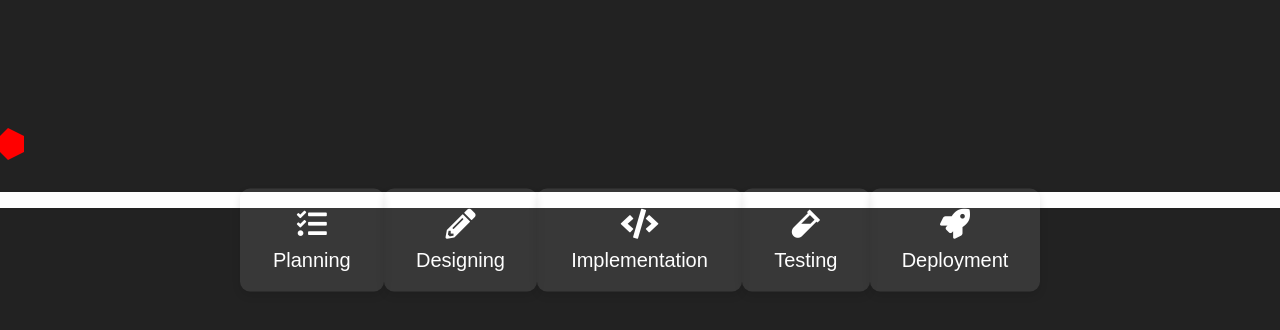
Repository: itsquadian/IT-SQUADIAN
Page: try.html
These files come from the project's save history. The page is drawn as it stood at one moment and after the next save; the edit follows.
The browser window is 1280 px wide. The pictures show the whole page.

Above is the page before, as saved 2024-04-13 20:06:45.

After the next save:
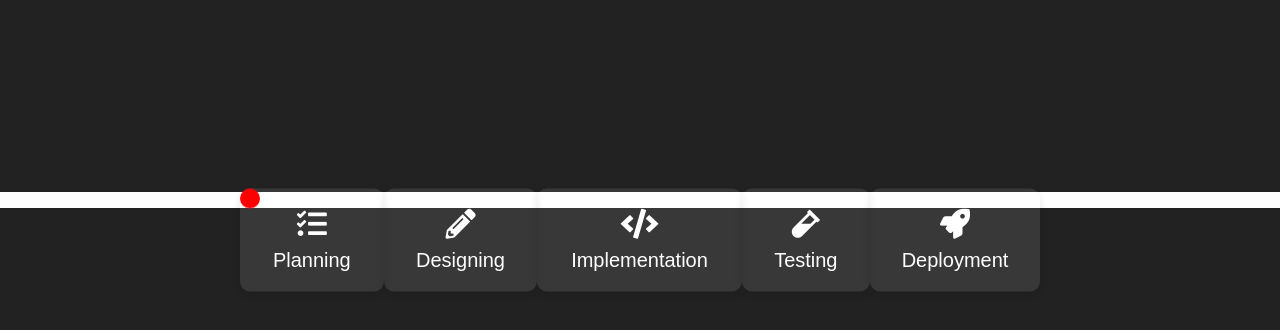
Saved 66 s later.
--- a/try.html
+++ b/try.html
@@ -35,12 +35,6 @@
         stroke-width: 10;
     }
 
-    .car {
-        fill: #f00;
-        transform-origin: center;
-        animation: moveCar 10s linear infinite;
-    }
-
     .steps {
         position: absolute;
         top: 60%;
@@ -60,6 +54,7 @@
         padding: 20px;
         border-radius: 10px;
         box-shadow: 0 4px 8px rgba(0, 0, 0, 0.1);
+        position: relative;
     }
 
     .step i {
@@ -67,9 +62,22 @@
         margin-bottom: 10px;
     }
 
-    @keyframes moveCar {
-        0% { transform: translateX(-100%); }
-        100% { transform: translateX(100%); }
+    .ball {
+        position: absolute;
+        top: 0;
+        left: 0;
+        width: 20px;
+        height: 20px;
+        background-color: #f00;
+        border-radius: 50%;
+        animation: bounce 5s linear forwards;
+    }
+
+    @keyframes bounce {
+        0%, 100% { transform: translate(0, 0); }
+        25% { transform: translate(50%, -50%); }
+        50% { transform: translate(100%, 0); }
+        75% { transform: translate(50%, 50%); }
     }
 
     @keyframes appear {
@@ -83,8 +91,6 @@
     <svg class="road-svg" xmlns="http://www.w3.org/2000/svg" viewBox="0 0 800 100">
         <!-- Define your road path here -->
         <path class="road-path" d="M0 50 H800" />
-        <!-- Add a moving car -->
-        <polygon class="car" points="5,5 15,10 15,20 5,25 0,20 0,10" />
     </svg>
     <div class="steps">
         <div class="step">
@@ -107,6 +113,7 @@
             <i class="fas fa-rocket"></i>
             Deployment
         </div>
+        <div class="ball"></div>
     </div>
 </div>
 
